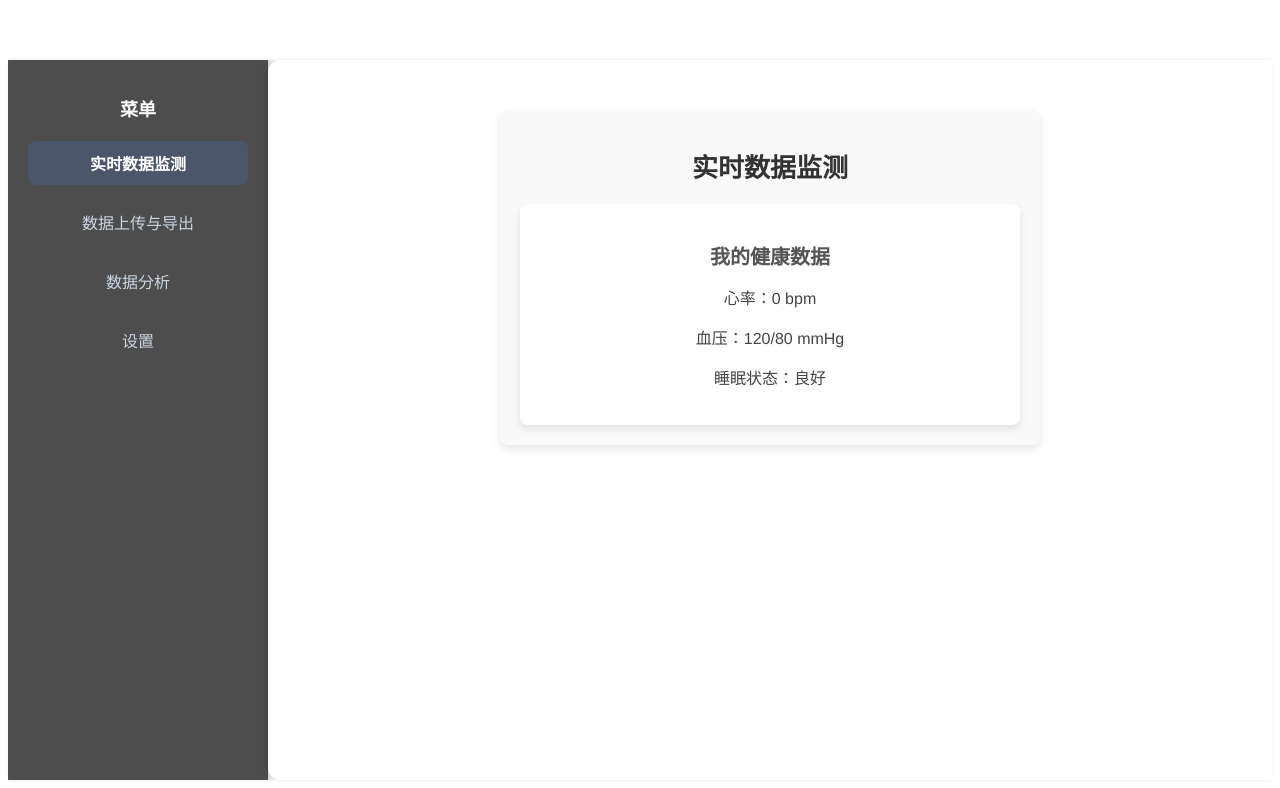
Repository: hyperion0831/The-management-of-IoT-data-sharing-based-on-blockchain
Page: / (app in Dz/frontend/)
The author's editor kept a copy of each file at every save. The page is drawn from the files as they stood at one save, then again after the next save.
The browser window is 1280 px wide. The pictures show the whole page.
The project was rebuilt for these pictures with package versions that can differ from the ones it lists, and the page was loaded fresh each time. Also part of the build but not shown: Dz/frontend/vue.config.js, Dz/frontend/src/components/dashboard/DataUploadAndExport.vue, Dz/frontend/src/components/dashboard/DataAnalysis.vue, Dz/frontend/src/components/dashboard/AppSettings.vue.

Above is the page before, as saved 2024-11-03 20:57:52.

After the next save:
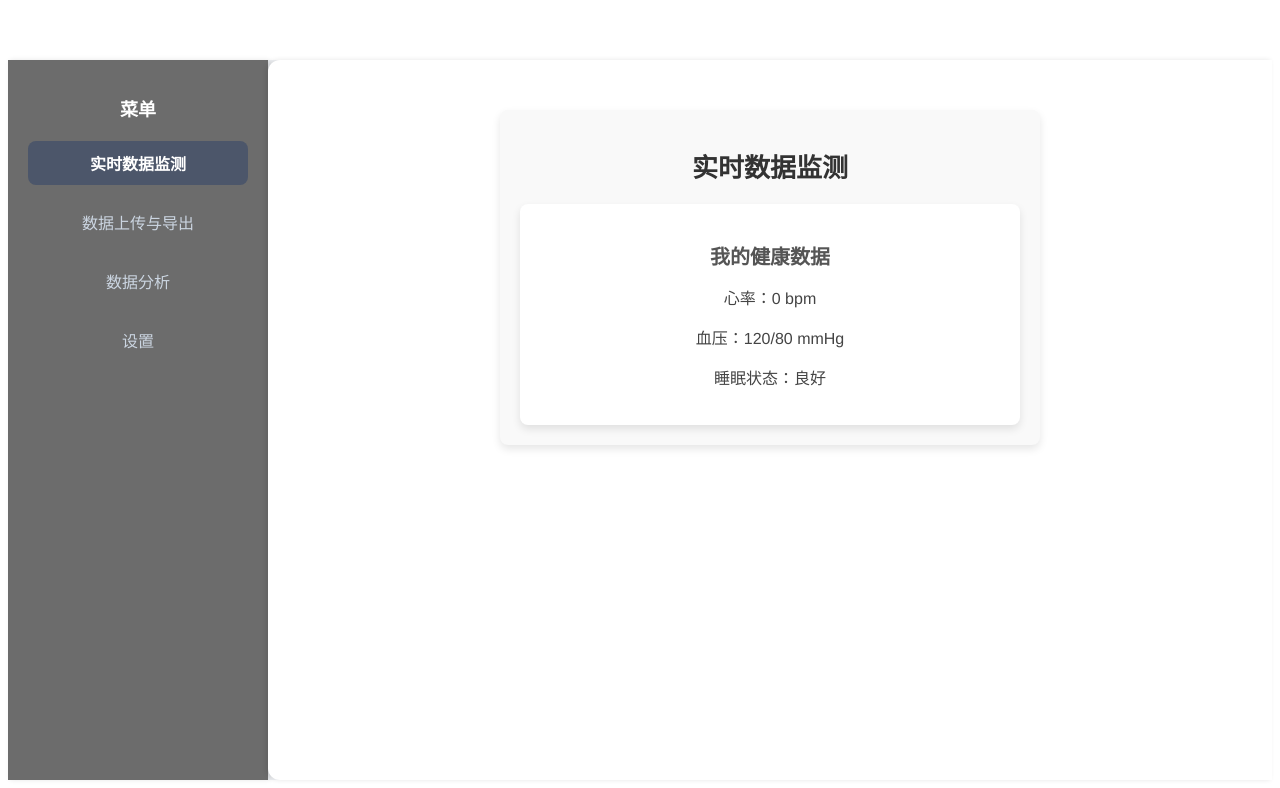
Saved 13 s later.
--- a/Dz/frontend/src/components/DataDashBoard.vue
+++ b/Dz/frontend/src/components/DataDashBoard.vue
@@ -108,7 +108,7 @@ export default {
 .sidebar {
   width: 220px;
   padding: 20px;
-  background-color: #4d4d4d;
+  background-color: #6c6c6c;
   color: #ffffff;
   box-shadow: 2px 0 5px rgba(0, 0, 0, 0.1);
 }
